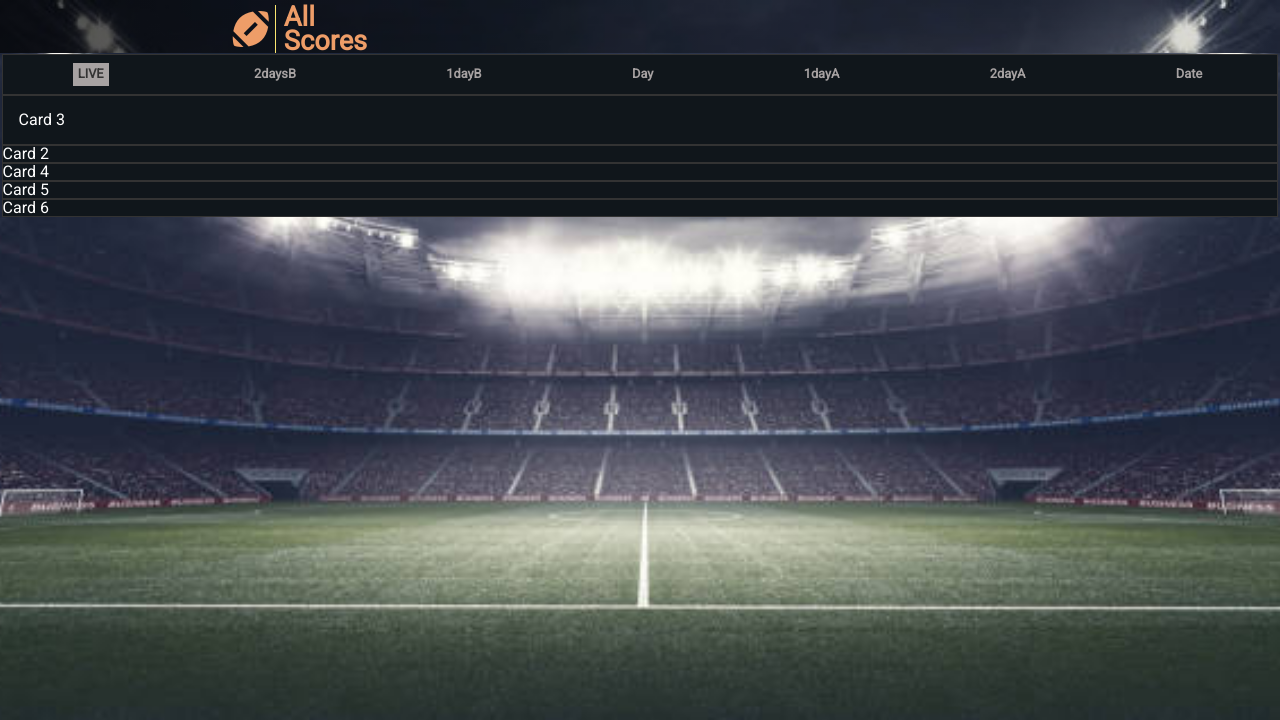
Repository: boomshakar/AllScores
Page: index.html
An editor plug-in stored every save of this project. The page is shown before and after the next save, followed by the edit.
The browser window is 1280 px wide. The pictures show the whole page.
The style sheet was rebuilt from its Sass, Less or Tailwind sources for each picture, by a compiler version that may differ from the author's.

Above is the page before, as saved 2021-03-30 02:53:53.

### index.html
<!DOCTYPE html>
<html lang="en">
  <head>
    <meta charset="UTF-8" />
    <meta http-equiv="X-UA-Compatible" content="IE=edge" />
    <meta name="viewport" content="width=device-width, initial-scale=1.0" />
    <title>All Scores</title>
    <link rel="stylesheet" href="css/main.css" />
    <link
      rel="stylesheet"
      href="https://fonts.googleapis.com/icon?family=Material+Icons"
    />
  </head>
  <body>
    <header>
      <a href="index.html" class="head-name__logo">
        <span class="material-icons md-48">sports_football</span>
        <h1>All<br />Scores</h1>
      </a>
      <ul class="head-name">
        <a href="index.html"
          ><li class="head-name__mob active">
            <span class="material-icons md-36">sports_soccer</span>
            <h3>Soccer</h3>
          </li></a
        >
        <a href="#"
          ><li class="head-name__mob">
            <span class="material-icons md-36">sports_basketball</span>
            <h3>Basket</h3>
          </li></a
        >
        <a href="#"
          ><li class="head-name__mob">
            <span class="material-icons md-36">golf_course</span>
            <h3>Golf</h3>
          </li></a
        >
        <a href="#"
          ><li class="head-name__mob">
            <span class="material-icons md-36">sports_tennis</span>
            <h3>Tennis</h3>
          </li></a
        >
      </ul>
      <div class="menu-btn">
        <span class="menu-btn__burger"></span>
      </div>
      <nav class="nav">
        <ul class="menu-nav">
          <div class="menu-nav__time">
            Lorem ipsum, dolor sit amet consectetur adipisicing elit. Qui
            quidem, dignissimos asperiores totam nesciunt laborum at consectetur
            nam temporibus ea.
          </div>
          <li class="menu-nav__item active">
            <a href="index.html" class="menu-nav__link">Soccer</a>
          </li>
          <li class="menu-nav__item">
            <a href="#" class="menu-nav__link">Basketball</a>
          </li>
          <li class="menu-nav__item">
            <a href="#" class="menu-nav__link">Tennis</a>
          </li>
          <li class="menu-nav__item">
            <a href="#" class="menu-nav__link">Hockey</a>
          </li>
          <li class="menu-nav__item">
            <a href="#" class="menu-nav__link">Golf</a>
          </li>
          <li class="menu-nav__item">
            <a href="#" class="menu-nav__link">Basketball</a>
          </li>
          <li class="menu-nav__item">
            <a href="#" class="menu-nav__link">Tennis</a>
          </li>
          <li class="menu-nav__item">
            <a href="#" class="menu-nav__link">Hockey</a>
          </li>
          <li class="menu-nav__item">
            <a href="#" class="menu-nav__link">Golf</a>
          </li>
          <li class="menu-nav__item">
            <a href="#" class="menu-nav__link">Basketball</a>
          </li>
          <li class="menu-nav__item">
            <a href="#" class="menu-nav__link">Tennis</a>
          </li>
          <li class="menu-nav__item">
            <a href="#" class="menu-nav__link">Hockey</a>
          </li>
          <li class="menu-nav__item">
            <a href="#" class="menu-nav__link">Golf</a>
          </li>
          <div class="menu-nav__foot">
            Lorem ipsum dolor sit amet consectetur adipisicing elit. Quisquam
            quod neque provident ex cumque adipisci, iusto, tempora quibusdam
            maxime, magni autem perferendis? Quibusdam, tenetur. Laudantium,
            velit reiciendis deleniti perferendis nesciunt vitae dolores itaque
            aut voluptas dolor veritatis. Optio ducimus consectetur nisi sequi,
            nesciunt id quis mollitia, laborum voluptates necessitatibus modi.
          </div>
        </ul>
      </nav>
    </header>
    <div class="grid-contain">
      <span class="card">
        <div class="date-select">
          <a href="#" class="date-select__link"
            ><div class="date-select__match live-logo">LIVE</div></a
          >
          <a href="#" class="date-select__link"
            ><div class="date-select__match">2daysB</div></a
          >
          <a href="#" class="date-select__link"
            ><div class="date-select__match">1dayB</div></a
          >
          <a href="#" class="date-select__link"
            ><div class="date-select__match">Day</div></a
          >
          <a href="#" class="date-select__link"
            ><div class="date-select__match">1dayA</div></a
          >
          <a href="#" class="date-select__link"
            ><div class="date-select__match">2dayA</div></a
          >
          <a href="#" class="date-select__link"
            ><div class="date-select__match">Date</div></a
          >
        </div>
      </span>
      <div class="card">Card 2</div>
      <div class="card">Card 3</div>
      <div class="card">Card 4</div>
      <div class="card">Card 5</div>
      <div class="card">Card 6</div>
    </div>
  </body>
  <script src="main.js"></script>
</html>

### main.js
const menuBtn = document.querySelector(".menu-btn");
const menuBurger = document.querySelector(".menu-btn__burger");
const nav = document.querySelector(".nav");
const headName = document.querySelector(".head-name");
const menuNav = document.querySelector(".menu-nav");
const menuNavList = document.querySelectorAll(".menu-nav__item");

let menuOpen = false;

menuBtn.addEventListener("click", toggleMenu);

function toggleMenu() {
  if (!menuOpen) {
    menuBurger.classList.add("open");
    nav.classList.add("open");
    headName.classList.add("open");
    menuNav.classList.add("open");
    menuNavList.forEach((item) => item.classList.add("open"));

    menuOpen = true;
  } else {
    menuBurger.classList.remove("open");
    nav.classList.remove("open");
    headName.classList.remove("open");
    menuNav.classList.remove("open");
    menuNavList.forEach((item) => item.classList.remove("open"));

    menuOpen = false;
  }
}

### scss/main.scss
@import "config";
@import "menu";
@import "home";
@import "responsive";

body {
  position: relative;
  background: $primary-color;
  color: $text-color;
  height: 100vh;
  font-family: "Roboto", "Segoe UI", Tahoma, Verdana, sans-serif;
  line-height: 1;
  background: url(../img/stadium3.jpg);
  background-size: cover;
  background-repeat: no-repeat;
  background-position: center;
  background-attachment: fixed;
}

header {
  display: flex;
  z-index: 2;
  background: linear-gradient(to right, rgba(#000, 0.7), rgba(#000, 0.1)),
    url(../img/head.jpg);
  background-size: cover;
  background-repeat: no-repeat;
  position: fixed;
  width: 100vw;
  padding-top: 0.3rem;

  a {
    color: $secondary-color;
  }
}

### scss/_config.scss
$primary-color: #24303a;
$secondary-color: #ee9d68;
$text-color: #fae56f;
$text-color2: rgb(167, 162, 162);

* {
  box-sizing: border-box;
  margin: 0;
  padding: 0;
  outline: 0;
  list-style: none;
}
a {
  text-decoration: none;
}

@import url("https://fonts.googleapis.com/css2?family=Roboto&display=swap");

@mixin transition-mix {
  transition: all 0.5s ease-in-out;
}

@mixin media-xxsm {
  @media screen and (max-width: 313px) {
    @content;
    ul.head-name {
      visibility: hidden;
    }
  }
}

@mixin media-xsm {
  @media screen and (min-width: 314px) and (max-width: 359px) {
    @content;
  }
}

@mixin media-sm {
  @media screen and (min-width: 360px) and (max-width: 399px) {
    @content;
  }
}

@mixin media-smd {
  @media screen and (min-width: 400px) {
    @content;
  }
}

@mixin media-md {
  @media screen and (min-width: 500px) {
    @content;
  }
}

@mixin media-lg {
  @media screen and (min-width: 700px) {
    @content;
  }
}

@mixin media-xl {
  @media screen and (min-width: 1000px) {
    @content;
  }
}

### scss/_menu.scss
.menu-btn {
  position: fixed;
  z-index: 1;
  width: 28px;
  height: 20px;
  top: 0.8rem;
  right: 0.7rem;
  background: transparent;
  cursor: pointer;
  @include transition-mix;
  &__burger {
    position: absolute;
    width: 20px;
    height: 3px;
    right: 0.5rem;
    top: 0.5rem;
    background: pink;
    border-radius: 5px;
    @include transition-mix;

    &::before {
      content: "";
      position: absolute;
      width: 28px;
      height: 3px;
      top: -8px;
      background: $text-color;
      border-radius: 5px;
      @include transition-mix;
    }

    &::after {
      content: "";
      position: absolute;
      width: 28px;
      height: 3px;
      top: 8px;
      background: $text-color;
      border-radius: 5px;
      @include transition-mix;
    }

    &.open {
      transform: rotate(720deg);
      background: transparent;

      &::before {
        transform: rotate(45deg) translate(5px, 8px);
        background: $secondary-color;
      }
      &::after {
        transform: rotate(-45deg) translate(3px, -7px);
        background: $secondary-color;
      }
    }
  }
}
nav {
  position: fixed;
  top: 0;
  left: 0;
  width: 100vw;
  visibility: hidden;
  &.open {
    visibility: visible;
  }
}

.menu-nav {
  display: grid;
  grid-template-columns: 1fr;
  grid-template-rows: 1fr;
  width: 100vw;
  height: 100vh;
  top: 50px;
  left: 0;
  right: 0;
  bottom: 0;
  overflow-y: scroll;
  overflow-x: hidden;
  background: $primary-color;
  opacity: 0.97;
  transform: translateY(-100%);
  @include transition-mix;

  &.open {
    transform: translateY(0);
  }
  &__time {
    padding: 1.5rem 1.5rem 1rem 1.5rem;
    line-height: 1.2;
    font-size: 12px;
  }

  &__item {
    transform: translateX(100vw);
    border-bottom: 1px solid rgb(102, 96, 96);
    @include transition-mix;
    &:nth-of-type(1) {
      border-top: 1px solid rgb(102, 96, 96);
    }
    &.open {
      transform: translateX(0);
    }
    &.active > a {
      color: $secondary-color;
    }
  }

  &__link {
    display: grid;
    font-size: 1.1rem;
    padding: 0.7rem 0;
    font-weight: 600;
    text-transform: uppercase;
    text-align: center;
    color: rgb(167, 162, 162);
    @include transition-mix;

    &:hover {
      color: $secondary-color;
    }
  }

  &__foot {
    padding: 2rem 1.5rem 200px 1.5rem;
    font-size: 12px;
  }
}

@for $f from 1 through 14 {
  .menu-nav__item:nth-child(#{$f}) {
    transition-delay: ($f * 0.1s) + 0.05s;
  }
}

### scss/_home.scss
.grid-contain {
  padding: 3.4rem 0.1rem 1.5rem 0.1rem;
  display: grid;
  grid-template-columns: 1fr;

  .card {
    background: darken($primary-color, 10%);
    border: 1px solid #333;
    color: #fff;

    &:nth-child(1) {
      //date selector
      grid-column: 1 / 1;
      grid-row: 1/ 2;
      .date-select {
        display: flex;
        flex-direction: row;
        justify-content: space-around;
        &__link {
          color: $text-color2;
          padding: 0.5rem 1rem;
          &:nth-child(1) > .live-logo {
            color: #333;
            background: $text-color2;
          }
        }
        &__match {
          font-size: 0.8rem;
          font-weight: 600;
          padding: 5px;
        }
      }
    }

    &:nth-child(2) {
      //left side
      grid-column: 1;
      grid-row: 3 / 4;
    }

    &:nth-child(3) {
      //main menu
      grid-column: 1;
      grid-row: 2 / 3;
      padding: 1rem;
    }

    &:nth-child(4) {
      //right side
      grid-column: 1;
      grid-row: 4 / 5;
    }

    &:nth-child(5) {
      //stciky ad below
      grid-column: 1;
      grid-row: 5 / 6;
    }

    &:nth-child(6) {
      //footer
      grid-column: 1;
      grid-row: 6 / 7;
    }
  }
}

### scss/_responsive.scss
@include media-xxsm {
  header {
    height: 2.8rem;
    justify-content: space-between;
    .head-name__logo {
      display: flex;
      flex-direction: row;
      cursor: pointer;
      &:hover > .material-icons {
        color: $text-color;
      }

      .material-icons {
        font-size: 2.5rem;
        align-items: center;
        cursor: pointer;
        @include transition-mix;
      }
      h1 {
        font-weight: 800;
        border-left: 1px solid $text-color;
        line-height: 1.3rem;
        padding: 0 0.5rem;
        font-size: 1.1rem;
        cursor: pointer;
      }
    }
  }
}

@include media-xsm {
  header {
    justify-content: space-between;
    .head-name__logo {
      display: flex;
      flex-direction: row;
      cursor: pointer;
      height: 2.5rem;
      &:hover > .material-icons {
        color: $text-color;
      }

      .material-icons {
        font-size: 2.5rem;
        align-items: center;
        cursor: pointer;
        @include transition-mix;
      }
      h1 {
        font-weight: 800;
        border-left: 1px solid $text-color;
        line-height: 1.3rem;
        padding: 0 0.5rem;
        font-size: 1.1rem;
        cursor: pointer;
      }
    }
    ul.head-name {
      display: flex;
      flex-direction: row;
      margin-right: 2rem;
      &.open {
        visibility: hidden;
      }

      .head-name__mob {
        border-left: 1px solid $text-color2;
        padding: 0 0.2rem;
        text-align: center;
        width: 3rem;
        @include transition-mix;
        &.active {
          background: linear-gradient(
            to right,
            rgba(#fff, 0.3),
            rgba(#fff, 0.1)
          );
          color: $text-color;
          border-radius: 5px;
          border-left: 1px solid $text-color;
        }
        &:hover > .material-icons {
          color: $text-color;
        }
      }
      .material-icons {
        font-size: 1.3rem;
        cursor: pointer;
        @include transition-mix;
      }
      h3 {
        font-size: 0.7rem;
      }
    }
    .menu-btn {
      right: -0.3rem;
    }
  }
}

@include media-sm {
  header {
    justify-content: space-between;
    .head-name__logo {
      display: flex;
      flex-direction: row;
      cursor: pointer;
      height: 2.5rem;
      &:hover > .material-icons {
        color: $text-color;
      }

      .material-icons {
        font-size: 2.5rem;
        align-items: center;
        cursor: pointer;
        @include transition-mix;
      }
      h1 {
        font-weight: 800;
        border-left: 1px solid $text-color;
        line-height: 1.3rem;
        padding: 0 0.5rem;
        font-size: 1.1rem;
        cursor: pointer;
      }
    }
    ul.head-name {
      display: flex;
      flex-direction: row;
      margin-right: 2rem;
      &.open {
        visibility: hidden;
      }

      .head-name__mob {
        border-left: 1px solid $text-color2;
        padding: 0 0.5rem;
        text-align: center;
        width: 3.3rem;
        &.active {
          background: linear-gradient(
            to right,
            rgba(#fff, 0.3),
            rgba(#fff, 0.1)
          );
          color: $text-color;
          border-radius: 5px;
          border-left: 1px solid $text-color;
        }
        &:hover > .material-icons {
          color: $text-color;
        }
      }
      .material-icons {
        font-size: 1.3rem;
        cursor: pointer;
        @include transition-mix;
      }
      h3 {
        font-size: 0.8rem;
      }
    }
    .menu-btn {
      right: 0.3rem;
    }
  }
}

@include media-smd {
  header {
    justify-content: space-between;
    .head-name__logo {
      display: flex;
      flex-direction: row;
      cursor: pointer;
      &:hover > .material-icons {
        color: $text-color;
      }

      .material-icons {
        font-size: 3rem;
        align-items: center;
        cursor: pointer;
        @include transition-mix;
      }
      h1 {
        font-weight: 800;
        border-left: 1px solid $text-color;
        line-height: 1.5rem;
        padding: 0 0.5rem;
        font-size: 1.4rem;
        cursor: pointer;
      }
    }
    ul.head-name {
      display: flex;
      flex-direction: row;
      margin-right: 2rem;
      &.open {
        visibility: hidden;
      }

      .head-name__mob {
        border-left: 1px solid $text-color2;
        padding: 0 0.3rem;
        text-align: center;
        width: 3.4rem;
        @include transition-mix;
        &.active {
          background: linear-gradient(
            to right,
            rgba(#fff, 0.3),
            rgba(#fff, 0.1)
          );
          color: $text-color;
          border-radius: 5px;
          border-left: 1px solid $text-color;
        }
        &:hover > .material-icons {
          color: $text-color;
        }
      }
      .material-icons {
        font-size: 1.7rem;
        cursor: pointer;
        @include transition-mix;
      }
      h3 {
        font-size: 0.8rem;
      }
    }
    .menu-btn {
      top: 1.2rem;
      right: 0.4rem;
    }
  }
}

@include media-md {
  header {
    justify-content: space-between;
    .head-name__logo {
      display: flex;
      flex-direction: row;
      cursor: pointer;
      &:hover > .material-icons {
        color: $text-color;
      }

      .material-icons {
        font-size: 3rem;
        align-items: center;
        cursor: pointer;
        @include transition-mix;
      }
      h1 {
        font-weight: 800;
        border-left: 1px solid $text-color;
        line-height: 1.5rem;
        padding: 0 0.5rem;
        font-size: 1.7rem;
        cursor: pointer;
      }
    }
    ul.head-name {
      display: flex;
      flex-direction: row;
      margin-right: 5rem;
      &.open {
        visibility: hidden;
      }

      .head-name__mob {
        border-left: 1px solid $text-color2;
        padding: 0 0.5rem;
        text-align: center;
        width: 3.8rem;
        @include transition-mix;
        &.active {
          background: linear-gradient(
            to right,
            rgba(#fff, 0.3),
            rgba(#fff, 0.1)
          );
          color: $text-color;
          border-radius: 5px;
          border-left: 1px solid $text-color;
        }
        &:hover > .material-icons {
          color: $text-color;
        }
      }
      .material-icons {
        font-size: 1.7rem;
        cursor: pointer;
        @include transition-mix;
      }
      h3 {
        font-size: 0.8rem;
      }
    }
  }
}

@include media-lg {
  header {
    justify-content: space-evenly;
    .head-name__logo {
      display: flex;
      flex-direction: row;
      cursor: pointer;
      margin-right: 8rem;
      &:hover > .material-icons {
        color: $text-color;
      }

      .material-icons {
        font-size: 3rem;
        align-items: center;
        cursor: pointer;
        @include transition-mix;
      }
      h1 {
        font-weight: 800;
        border-left: 1px solid $text-color;
        line-height: 1.5rem;
        padding: 0 0.5rem;
        font-size: 1.7rem;
        cursor: pointer;
      }
    }
    ul.head-name {
      display: flex;
      flex-direction: row;
      &.open {
        visibility: hidden;
      }

      .head-name__mob {
        border-left: 1px solid $text-color2;
        padding: 0 0.3rem;
        text-align: center;
        width: 3.8rem;
        &.active {
          background: linear-gradient(
            to right,
            rgba(#fff, 0.3),
            rgba(#fff, 0.1)
          );
          color: $text-color;
          border-radius: 5px;
          border-left: 1px solid $text-color;
        }
        &:hover > .material-icons {
          color: $text-color;
        }
      }
      .material-icons {
        font-size: 1.7rem;
        cursor: pointer;
        @include transition-mix;
      }
      h3 {
        font-size: 0.8rem;
      }
    }
    .menu-btn {
      visibility: hidden;
    }
  }
}

@include media-xl {
  header {
    justify-content: space-evenly;
    .head-name__logo {
      display: flex;
      flex-direction: row;
      cursor: pointer;
      margin-right: 8rem;
      &:hover > .material-icons {
        color: $text-color;
      }

      .material-icons {
        font-size: 3rem;
        align-items: center;
        cursor: pointer;
        @include transition-mix;
      }
      h1 {
        font-weight: 800;
        border-left: 1px solid $text-color;
        line-height: 1.5rem;
        padding: 0 0.5rem;
        font-size: 1.7rem;
        cursor: pointer;
      }
    }
    ul.head-name {
      display: flex;
      flex-direction: row;
      &.open {
        visibility: hidden;
      }

      .head-name__mob {
        border-left: 1px solid $text-color2;
        padding: 0 0.3rem;
        text-align: center;
        width: 3.8rem;
        &.active {
          background: linear-gradient(
            to right,
            rgba(#fff, 0.3),
            rgba(#fff, 0.1)
          );
          color: $text-color;
          border-radius: 5px;
          border-left: 1px solid $text-color;
        }
        &:hover > .material-icons {
          color: $text-color;
        }
      }
      .material-icons {
        font-size: 1.7rem;
        cursor: pointer;
        @include transition-mix;
      }
      h3 {
        font-size: 0.8rem;
      }
    }
  }
}

After the next save:
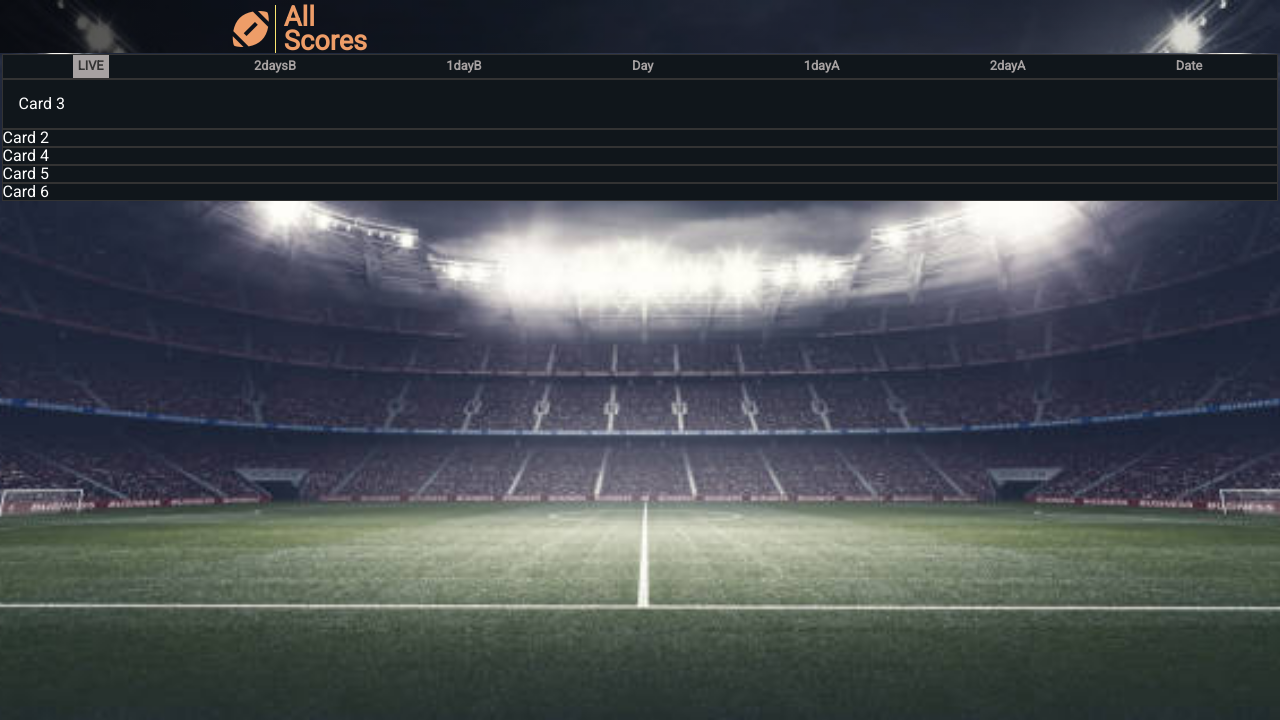
Saved 32 s later.
--- a/scss/_home.scss
+++ b/scss/_home.scss
@@ -18,7 +18,6 @@
         justify-content: space-around;
         &__link {
           color: $text-color2;
-          padding: 0.5rem 1rem;
           &:nth-child(1) > .live-logo {
             color: #333;
             background: $text-color2;

After the save that followed:
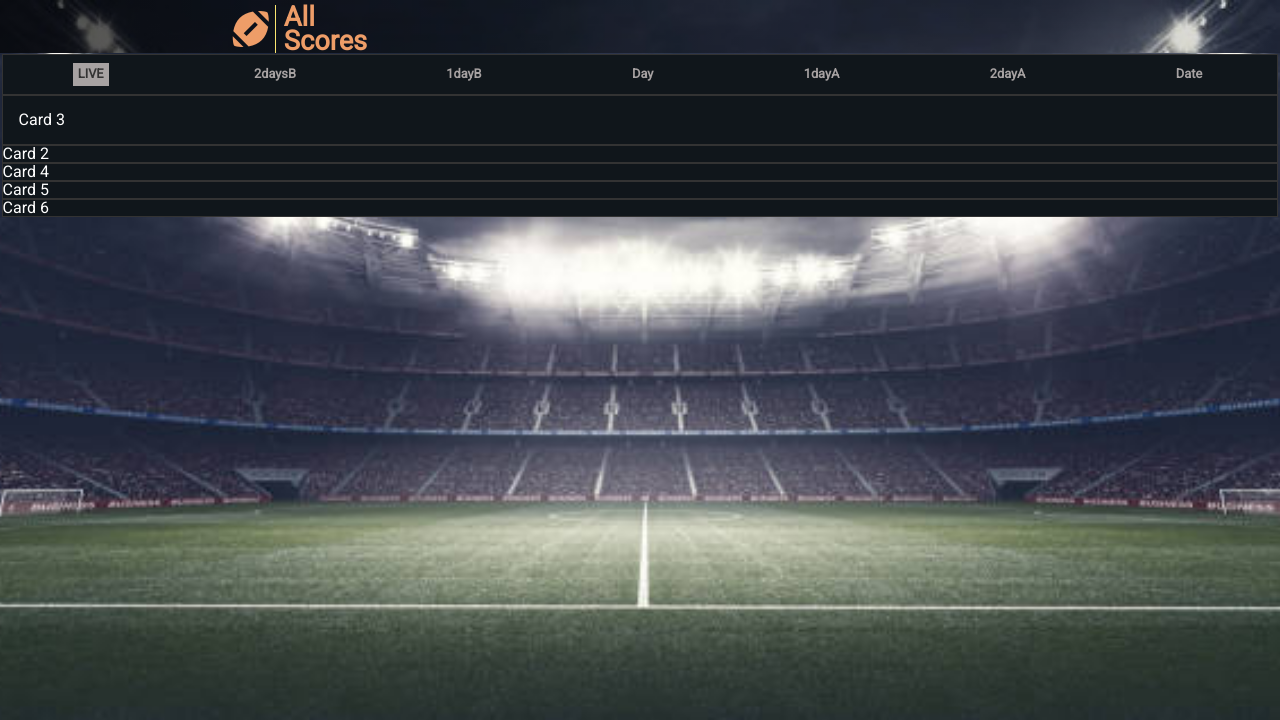
Saved 5 s later.
--- a/scss/_home.scss
+++ b/scss/_home.scss
@@ -18,6 +18,7 @@
         justify-content: space-around;
         &__link {
           color: $text-color2;
+          padding: 0.5rem 1rem;
           &:nth-child(1) > .live-logo {
             color: #333;
             background: $text-color2;
